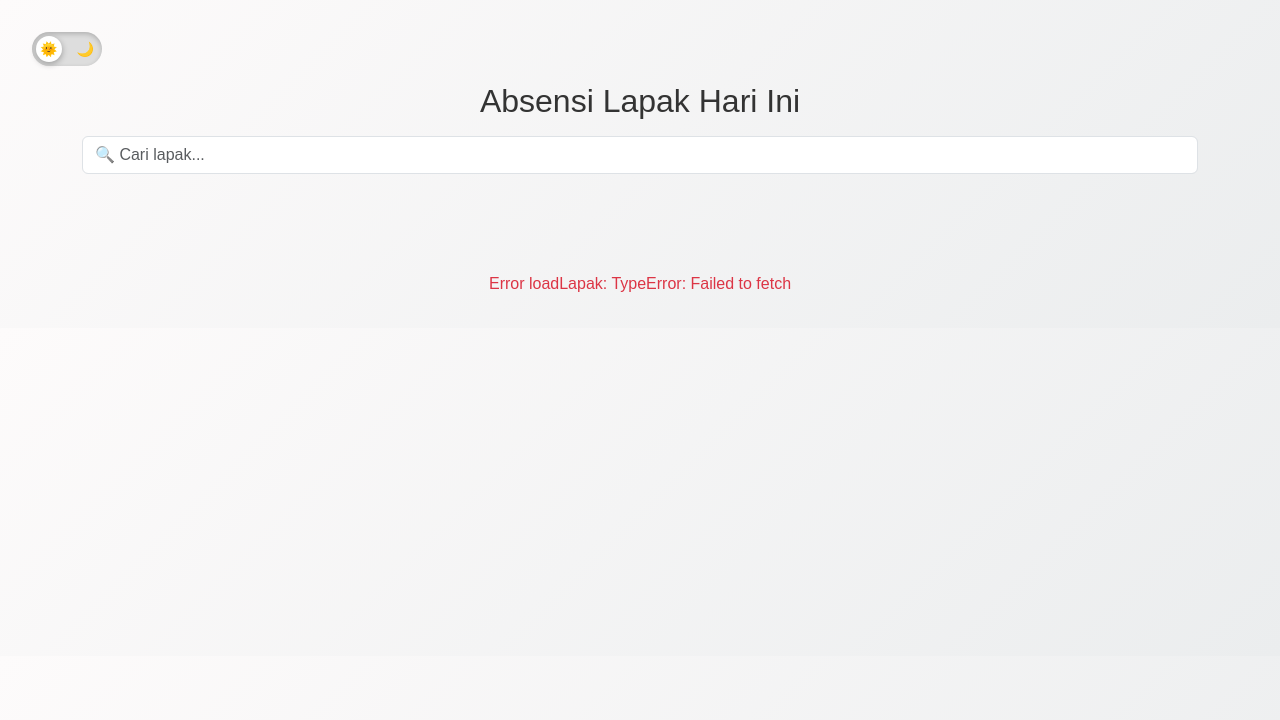
Repository: pasarrakyatbak/absensi
Page: index.html
An editor plug-in stored every save of this project. The page is shown before and after the next save, followed by the edit.
The browser window is 1280 px wide. The pictures show the whole page.
The page's requests for data from a server got no answer.

Above is the page before, as saved 2025-09-22 01:26:46.

### index.html
<!DOCTYPE html>
<html lang="id">

<head>
    <meta charset="UTF-8">
    <meta name="viewport" content="width=device-width, initial-scale=1.0">
    <title>Absensi Lapak</title>
    <link href="https://cdn.jsdelivr.net/npm/bootstrap@5.3.2/dist/css/bootstrap.min.css" rel="stylesheet">
    <link rel="stylesheet" href="style.css">
</head>

<body class="p-3">
    <!-- Toggle Dark Mode -->
    <div class="dark-toggle mb-3">
        <input type="checkbox" id="darkSwitch">
        <label for="darkSwitch" class="toggle-label">
            <span class="toggle-icon">🌞</span>
            <span class="toggle-ball"></span>
            <span class="toggle-icon">🌙</span>
        </label>
    </div>

    <div class="container">
        <!-- Judul & Search -->
        <h2 class="mb-3 text-center">Absensi Lapak Hari Ini</h2>
        <input type="text" id="searchInput" class="form-control mb-4" placeholder="🔍 Cari lapak...">

        <!-- Ringkasan -->
        <div id="lapakSummary" class="summary-cards mb-4"></div>

        <!-- Info Banner -->
        <div id="absensiInfoBanner" class="alert text-center mb-3"></div>

        <!-- Daftar Lapak -->
        <div id="lapakContainer" class="row"></div>
    </div>

    <!-- Modal Absensi -->
    <div id="absensiModal" class="modal-overlay">
        <div class="modal-content">
            <p id="absensiInfo"></p>
            <button class="btn btn-success" id="modalAbsenBtn">Absen Sekarang</button>
            <button class="btn btn-secondary" onclick="closeAbsensiModal()">Tutup</button>
        </div>
    </div>

    <!-- Loader -->
    <div id="absensiLoading" class="d-none">
        <div class="loader-content text-center">
            <div class="spinner-border text-light" role="status" style="width:3rem;height:3rem;"></div>
            <p id="absensiLoadingText" class="text-white mt-2">Sedang memproses...</p>
        </div>
    </div>

    <script src="script.js"></script>
</body>

</html>

### style.css
body {
    background: linear-gradient(135deg, #fdfbfb, #ebedee);
    font-family: 'Poppins', sans-serif;
    color: #333;
    transition: background 0.3s ease, color 0.3s ease;
    margin: 0;
    padding: 0;
}

body.dark {
    background: linear-gradient(135deg, #0f2027, #203a43, #2c5364);
    color: #f1f1f1;
}

/* ================= Card umum ================= */
.lapak-card {
    cursor: pointer;
    border-radius: 16px;
    padding: 1rem;
    backdrop-filter: blur(8px);
    transition: transform 0.25s ease, box-shadow 0.25s ease, background 0.3s ease, border 0.3s ease, color 0.3s ease;
    box-shadow: 0 4px 12px rgba(0, 0, 0, 0.08);
}

/* Hover effect */
.lapak-card:hover {
    transform: translateY(-6px);
    box-shadow: 0 10px 25px rgba(0, 0, 0, 0.2);
}

.lapak-card.disabled {
    pointer-events: none;
    opacity: 0.6;
}

/* Default teks dalam card */
.lapak-card .card-title,
.lapak-card .card-text,
.lapak-card .status-text {
    color: inherit;
    transition: color 0.3s ease;
}

/* ================= Modal ================= */
#absensiModal {
    display: none;
    position: fixed;
    top: 0;
    left: 0;
    width: 100%;
    height: 100%;
    background: rgba(0, 0, 0, 0.6);
    backdrop-filter: blur(6px);
    justify-content: center;
    align-items: center;
    z-index: 1050;
    padding: 1rem;
    box-sizing: border-box;
}

#absensiModal .modal-content {
    background: rgba(255, 255, 255, 0.9);
    padding: 1.5rem;
    border-radius: 16px;
    text-align: center;
    max-width: 400px;
    width: 100%;
    transition: background 0.3s ease, color 0.3s ease, transform 0.25s ease;
    box-shadow: 0 8px 24px rgba(0, 0, 0, 0.2);
}

#absensiModal .modal-content:hover {
    transform: scale(1.02);
}

body.dark #absensiModal .modal-content {
    background: rgba(30, 30, 30, 0.95);
    color: #f1f1f1;
}

/* ================= Loader ================= */
#absensiLoading {
    position: fixed;
    top: 0;
    left: 0;
    width: 100%;
    height: 100%;
    background: rgba(0, 0, 0, 0.7);
    justify-content: center;
    align-items: center;
    z-index: 2000;
    backdrop-filter: blur(6px);
}

/* ================= Sudah hadir ================= */
.lapak-card.hadir {
    background: rgba(212, 237, 218, 0.8);
    border: 1px solid #c3e6cb;
    color: #155724;
}

body.dark .lapak-card.hadir {
    background: rgba(45, 62, 51, 0.8);
    border: 1px solid #4caf50;
    color: #90ee90;
}

/* ================= Belum hadir ================= */
.lapak-card.belum {
    background: rgba(255, 255, 255, 0.85);
    border: 1px solid #ddd;
    color: #333;
}

body.dark .lapak-card.belum {
    background: rgba(30, 30, 30, 0.9);
    border: 1px solid #444;
    color: #f1f1f1;
}

/* ================= Toggle wrapper ================= */
.dark-toggle {
    display: flex;
    justify-content: flex-start;
    align-items: center;
    margin: 1rem;
}

/* Hidden checkbox */
.dark-toggle input {
    display: none;
}

/* Label sebagai saklar */
.toggle-label {
    background: #ddd;
    border-radius: 50px;
    cursor: pointer;
    display: flex;
    align-items: center;
    justify-content: space-between;
    width: 70px;
    height: 34px;
    position: relative;
    transition: background 0.3s ease;
    padding: 0 8px;
    font-size: 14px;
    box-shadow: inset 0 2px 5px rgba(0, 0, 0, 0.2);
}

/* Bulatan */
.toggle-ball {
    position: absolute;
    top: 4px;
    left: 4px;
    width: 26px;
    height: 26px;
    background: #fff;
    border-radius: 50%;
    transition: transform 0.3s ease, background 0.3s ease;
    box-shadow: 0 2px 6px rgba(0, 0, 0, 0.3);
}

/* Ikon matahari 🌞 dan bulan 🌙 */
.toggle-icon {
    z-index: 2;
}

/* Aktif (dark mode) */
.dark-toggle input:checked+.toggle-label {
    background: #444;
}

.dark-toggle input:checked+.toggle-label .toggle-ball {
    transform: translateX(36px);
    background: #90ee90;
}

/* ================= Summary Cards ================= */
.summary-cards {
    display: flex;
    gap: 1rem;
    flex-wrap: wrap;
    justify-content: center;
}

.summary-card {
    flex: 1 1 120px;
    min-width: 120px;
    padding: 1rem;
    border-radius: 12px;
    text-align: center;
    font-weight: 600;
    box-shadow: 0 4px 12px rgba(0, 0, 0, 0.08);
    transition: background 0.3s ease, color 0.3s ease;
}

.summary-card.total {
    background: #e3f2fd;
    color: #1565c0;
}

.summary-card.hadir {
    background: #d4edda;
    color: #155724;
}

.summary-card.belum {
    background: #f8d7da;
    color: #721c24;
}

.summary-card div {
    margin-top: 4px;
    font-weight: normal;
}

.summary-progress .progress {
    background: rgba(0, 0, 0, 0.1);
}

body.dark .summary-progress .progress {
    background: rgba(255, 255, 255, 0.1);
}

.progress-bar {
    font-size: 0.85rem;
    font-weight: 600;
    color: #fff;
    text-align: center;
}

/* Dark mode */
body.dark .summary-card.total {
    background: #1e3a5f;
    color: #90caf9;
}

body.dark .summary-card.hadir {
    background: #2d3e33;
    color: #90ee90;
}

body.dark .summary-card.belum {
    background: #5c2b2b;
    color: #f28b82;
}

/* ================= RESPONSIVE ================= */

/* HP kecil (≤576px) */
@media (max-width: 576px) {
    .lapak-card {
        font-size: 14px;
        padding: 0.8rem;
    }

    .lapak-card .card-title {
        font-size: 16px;
    }

    .lapak-card .card-text {
        font-size: 13px;
    }

    .lapak-card .status-text {
        font-size: 12px;
    }

    #absensiModal .modal-content {
        max-width: 95%;
        padding: 1rem;
    }

    .toggle-label {
        width: 60px;
        height: 30px;
        font-size: 12px;
    }

    .toggle-ball {
        width: 22px;
        height: 22px;
    }
}

/* Tablet (577px – 991px) */
@media (min-width: 577px) and (max-width: 991px) {
    .lapak-card {
        font-size: 15px;
        padding: 1rem;
    }

    .lapak-card .card-title {
        font-size: 18px;
    }

    .lapak-card .card-text {
        font-size: 14px;
    }

    .lapak-card .status-text {
        font-size: 13px;
    }

    #absensiModal .modal-content {
        max-width: 80%;
    }
}

/* Desktop (≥992px) */
@media (min-width: 992px) {
    .lapak-card {
        font-size: 16px;
        padding: 1.2rem;
    }

    .lapak-card .card-title {
        font-size: 20px;
    }

    .lapak-card .card-text {
        font-size: 15px;
    }

    .lapak-card .status-text {
        font-size: 14px;
    }

    #absensiModal .modal-content {
        max-width: 400px;
    }
}

/* ================= Responsive ================= */
@media (max-width: 768px) {
    .summary-cards {
        flex-direction: column;
        align-items: center;
    }

    .summary-card {
        width: 90%;
        max-width: none;
    }
}

### script.js
const API_URL = "https://script.google.com/macros/s/AKfycby4z2qZ24SrJkcyGpybH29lSUC_3_z1LG-7wSmTzpaOEXrwjXf0Cl3hqkg95qAxPj1-/exec";
const darkSwitch = document.getElementById("darkSwitch");
let lapakData = [];
let currentLapakId = null;

// =================== Loader ===================
function showAbsensiLoading(show, text = "Sedang menyimpan data...") {
    const loader = document.getElementById("absensiLoading");
    const loadingText = document.getElementById("absensiLoadingText");
    if (!loader || !loadingText) return;

    if (show) {
        loader.classList.remove("d-none");
        loader.classList.add("d-flex");
    } else {
        loader.classList.remove("d-flex");
        loader.classList.add("d-none");
    }
    loadingText.textContent = text;
}

// =================== Load semua lapak ===================
async function loadLapak() {
    showAbsensiLoading(true, "Sedang memuat data lapak...");

    try {
        const res = await fetch(API_URL + "?action=listLapak");
        const json = await res.json();

        if (!json.success) {
            document.getElementById("lapakContainer").innerHTML =
                `<p class="text-center text-danger">Gagal load data: ${json.message}</p>`;
            showAbsensiLoading(false);
            return;
        }

        // ✅ pakai noLapak & statusAbsensi dari server
        lapakData = json.data.map(lapak => ({
            noLapak: lapak.noLapak || "-",
            nama: lapak.nama || "Tanpa Nama",
            statusAbsensi: lapak.statusAbsensi || "❌ Belum"
        }));

        renderLapak(lapakData);
        updateSummary();
        updateAbsensiInfo();
        showAbsensiLoading(false);

    } catch (err) {
        document.getElementById("lapakContainer").innerHTML =
            `<p class="text-center text-danger">Error loadLapak: ${err}</p>`;
        showAbsensiLoading(false);
    }
}

// =================== Render lapak ===================
function renderLapak(data) {
    const container = document.getElementById("lapakContainer");
    container.innerHTML = "";

    if (data.length === 0) {
        container.innerHTML = `<p class="text-center">Tidak ada data lapak.</p>`;
        return;
    }

    data.forEach(lapak => {
        const noLapak = lapak.no || "-";
        const namaLapak = lapak.nama || "Tanpa Nama";
        const statusAbsensi = lapak.statusAbsensi || "❌ Belum"; // default
        const statusHadir = statusAbsensi.includes("✅");

        const card = document.createElement("div");
        card.className = "col-md-4 col-sm-6 mb-3";
        card.innerHTML = `
        <div class="card lapak-card shadow-sm ${statusHadir ? 'hadir' : 'belum'} ${statusHadir ? 'disabled' : ''}"
             data-no-lapak="${noLapak}" data-nama-lapak="${namaLapak}">
            <div class="card-body text-center">
                <h5 class="card-title">Lapak ${noLapak}</h5>
                <p class="card-text">${namaLapak}</p>
                <p class="status-text ${statusHadir ? 'text-success' : 'text-danger'}">
                    ${statusAbsensi}
                </p>
            </div>
        </div>
    `;

        const cardEl = card.querySelector(".lapak-card");

        if (!statusHadir && cardEl) {
            // absensi aktif setiap hari
            cardEl.addEventListener("click", () => openAbsensiModal(noLapak, namaLapak));
            cardEl.addEventListener("dblclick", () => absenLapak(noLapak));
        }

        container.appendChild(card);
    });

}

// =================== Absen ke server ===================
async function absenLapak(noLapak) {
    showAbsensiLoading(true, "Menyimpan absensi...");

    const card = document.querySelector(`.lapak-card[data-no-lapak="${noLapak}"]`);
    if (!card) {
        showAbsensiLoading(false);
        return;
    }
    const statusText = card.querySelector(".status-text");

    const oldText = statusText.textContent;
    const oldClass = statusText.className;

    // update UI sementara
    statusText.textContent = "✅ Hadir";
    statusText.classList.remove("text-danger");
    statusText.classList.add("text-success");
    card.classList.add("disabled");

    try {
        const res = await fetch(API_URL, {
            method: "POST",
            headers: { "Content-Type": "application/x-www-form-urlencoded" },
            body: new URLSearchParams({
                action: "absen",
                noLapak,
                password: "panitia123"
            })
        });
        const json = await res.json();

        if (!json.success) {
            // rollback kalau gagal
            statusText.textContent = oldText;
            statusText.className = oldClass;
            card.classList.remove("disabled");
            alert(json.message || "❌ Gagal menyimpan absensi.");
        } else {
            const lapakIndex = lapakData.findIndex(l => String(l.noLapak) === String(noLapak));
            if (lapakIndex > -1) {
                lapakData[lapakIndex].statusAbsensi = "✅ Hadir";
                renderLapak(lapakData);
                updateSummary();
                updateAbsensiInfo();
            }
        }
    } catch (err) {
        statusText.textContent = oldText;
        statusText.className = oldClass;
        card.classList.remove("disabled");
        alert("❌ Gagal menyimpan absensi.");
    }

    showAbsensiLoading(false);
}

// =================== Dark mode switch ===================
if (localStorage.getItem("darkMode") === "true") {
    document.body.classList.add("dark");
    darkSwitch.checked = true;
}

darkSwitch.addEventListener("change", () => {
    if (darkSwitch.checked) {
        document.body.classList.add("dark");
        localStorage.setItem("darkMode", "true");
    } else {
        document.body.classList.remove("dark");
        localStorage.setItem("darkMode", "false");
    }
});

// =================== Banner Info Absensi ===================
function updateAbsensiInfo() {
    const banner = document.getElementById("absensiInfoBanner");
    if (!banner) return;

    const totalLapak = lapakData.length;
    const totalHadir = lapakData.filter(l => (l.statusAbsensi || "").includes("✅")).length;

    if (totalLapak > 0 && totalLapak === totalHadir) {
        banner.style.display = "none";
        return;
    }

    banner.style.display = "block";
    banner.className = "alert alert-info text-center mb-3";
    banner.textContent = "ℹ️ Absensi bisa dilakukan setiap hari.";
}

// =================== Summary ===================
function updateSummary() {
    const total = lapakData.length;
    const totalHadir = lapakData.filter(l => (l.statusAbsensi || "").includes("✅")).length;
    const totalBelum = total - totalHadir;
    const persenHadir = total > 0 ? Math.round((totalHadir / total) * 100) : 0;
    const persenBelum = 100 - persenHadir;

    const summaryEl = document.getElementById("lapakSummary");
    if (!summaryEl) return;

    summaryEl.innerHTML = `
        <div class="summary-card total">
            <div class="label">Total Lapak</div>
            <div class="value">${total}</div>
        </div>
        <div class="summary-card hadir">
            <div class="label">✅ Hadir</div>
            <div class="value">${totalHadir}</div>
            <div class="extra">(${persenHadir}%)</div>
        </div>
        <div class="summary-card belum">
            <div class="label">❌ Belum</div>
            <div class="value">${totalBelum}</div>
            <div class="extra">(${persenBelum}%)</div>
        </div>
    `;

    const progressContainer = document.createElement("div");
    progressContainer.className = "summary-progress mt-3";
    progressContainer.innerHTML = `
        <div class="progress" style="height: 20px; border-radius: 10px; overflow: hidden;">
            <div class="progress-bar bg-success" role="progressbar"
                style="width: ${persenHadir}%"
                aria-valuenow="${persenHadir}" aria-valuemin="0" aria-valuemax="100">
                ${persenHadir > 15 ? persenHadir + "%" : ""}
            </div>
            <div class="progress-bar bg-danger" role="progressbar"
                style="width: ${persenBelum}%"
                aria-valuenow="${persenBelum}" aria-valuemin="0" aria-valuemax="100">
                ${persenBelum > 15 ? persenBelum + "%" : ""}
            </div>
        </div>
    `;
    summaryEl.appendChild(progressContainer);
}

// =================== Load pertama kali ===================
loadLapak();

After the next save:
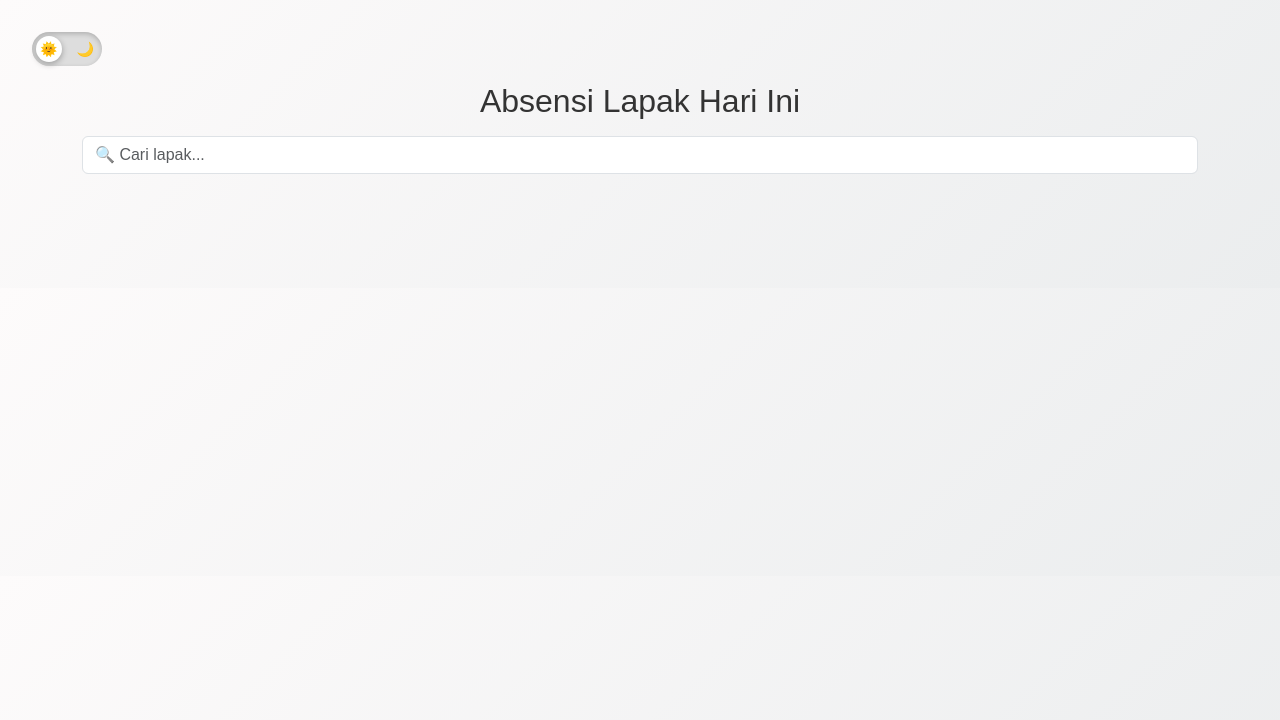
Console error: SyntaxError: missing ) after argument list
Saved 52 s later.
--- a/script.js
+++ b/script.js
@@ -63,37 +63,25 @@
         return;
     }
 
-    data.forEach(lapak => {
-        const noLapak = lapak.no || "-";
-        const namaLapak = lapak.nama || "Tanpa Nama";
-        const statusAbsensi = lapak.statusAbsensi || "❌ Belum"; // default
-        const statusHadir = statusAbsensi.includes("✅");
+  data.forEach(lapak => {
+        const statusHadir = (lapak.statusAbsensi || "").includes("✅");
 
         const card = document.createElement("div");
         card.className = "col-md-4 col-sm-6 mb-3";
         card.innerHTML = `
-        <div class="card lapak-card shadow-sm ${statusHadir ? 'hadir' : 'belum'} ${statusHadir ? 'disabled' : ''}"
-             data-no-lapak="${noLapak}" data-nama-lapak="${namaLapak}">
-            <div class="card-body text-center">
-                <h5 class="card-title">Lapak ${noLapak}</h5>
-                <p class="card-text">${namaLapak}</p>
-                <p class="status-text ${statusHadir ? 'text-success' : 'text-danger'}">
-                    ${statusAbsensi}
-                </p>
+            <div class="card lapak-card shadow-sm ${statusHadir ? 'hadir' : 'belum'} ${statusHadir ? 'disabled' : ''}"
+                 data-no-lapak="${lapak.noLapak}" data-nama-lapak="${lapak.nama}">
+                <div class="card-body text-center">
+                    <h5 class="card-title">Lapak ${lapak.noLapak}</h5>
+                    <p class="card-text">${lapak.nama}</p>
+                    <p class="status-text ${statusHadir ? 'text-success' : 'text-danger'}">
+                        ${statusHadir ? "✅ Hadir" : "❌ Belum"}
+                    </p>
+                </div>
             </div>
-        </div>
-    `;
+        `;
 
         const cardEl = card.querySelector(".lapak-card");
-
-        if (!statusHadir && cardEl) {
-            // absensi aktif setiap hari
-            cardEl.addEventListener("click", () => openAbsensiModal(noLapak, namaLapak));
-            cardEl.addEventListener("dblclick", () => absenLapak(noLapak));
-        }
-
-        container.appendChild(card);
-    });
 
 }
 

After the 2 saves that followed:
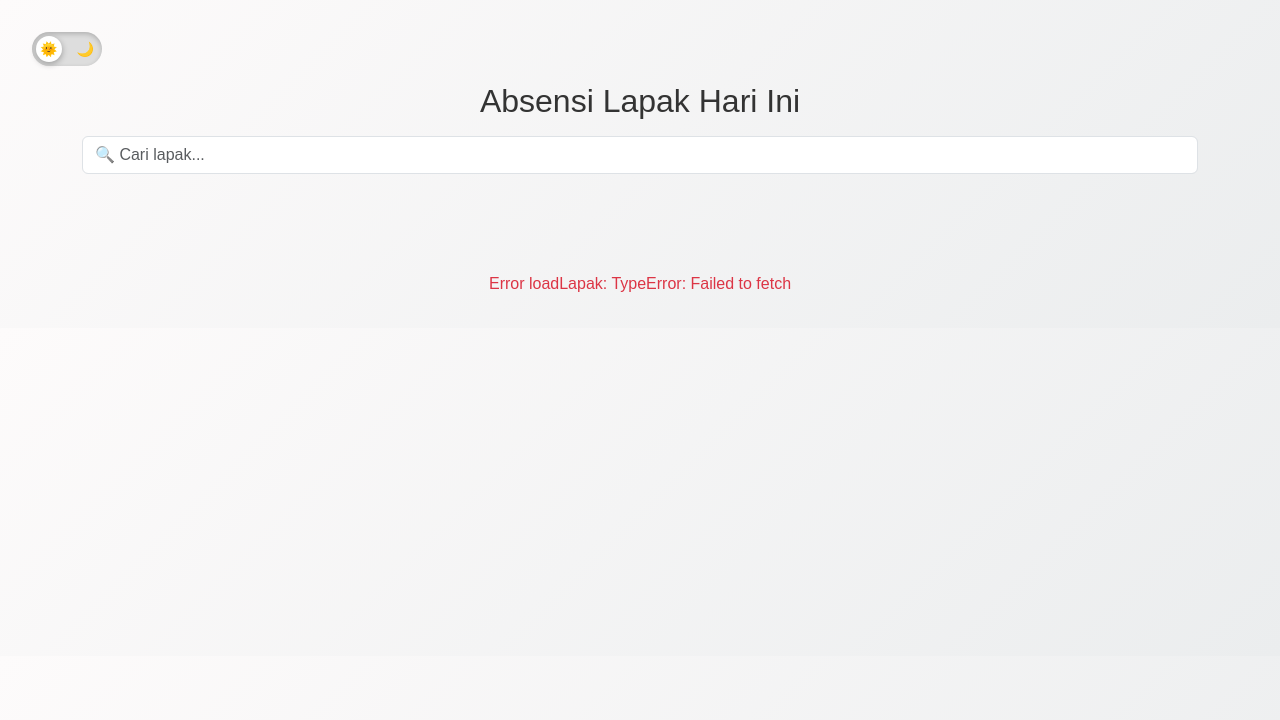
The error is gone.
The 2 saves are shown as one change because 1 left the picture as it was.
The last was saved 23 s later.
--- a/script.js
+++ b/script.js
@@ -63,25 +63,37 @@
         return;
     }
 
-  data.forEach(lapak => {
-        const statusHadir = (lapak.statusAbsensi || "").includes("✅");
-
-        const card = document.createElement("div");
-        card.className = "col-md-4 col-sm-6 mb-3";
-        card.innerHTML = `
-            <div class="card lapak-card shadow-sm ${statusHadir ? 'hadir' : 'belum'} ${statusHadir ? 'disabled' : ''}"
-                 data-no-lapak="${lapak.noLapak}" data-nama-lapak="${lapak.nama}">
-                <div class="card-body text-center">
-                    <h5 class="card-title">Lapak ${lapak.noLapak}</h5>
-                    <p class="card-text">${lapak.nama}</p>
-                    <p class="status-text ${statusHadir ? 'text-success' : 'text-danger'}">
-                        ${statusHadir ? "✅ Hadir" : "❌ Belum"}
-                    </p>
-                </div>
+   data.forEach(lapak => {
+    const noLapak = lapak.no || "-";
+    const namaLapak = lapak.nama || "Tanpa Nama";
+    const statusAbsensi = lapak.statusAbsensi || "❌ Belum"; // default
+    const statusHadir = statusAbsensi.includes("✅");
+
+    const card = document.createElement("div");
+    card.className = "col-md-4 col-sm-6 mb-3";
+    card.innerHTML = `
+        <div class="card lapak-card shadow-sm ${statusHadir ? 'hadir' : 'belum'} ${statusHadir ? 'disabled' : ''}"
+             data-no-lapak="${noLapak}" data-nama-lapak="${namaLapak}">
+            <div class="card-body text-center">
+                <h5 class="card-title">Lapak ${noLapak}</h5>
+                <p class="card-text">${namaLapak}</p>
+                <p class="status-text ${statusHadir ? 'text-success' : 'text-danger'}">
+                    ${statusAbsensi}
+                </p>
             </div>
-        `;
-
-        const cardEl = card.querySelector(".lapak-card");
+        </div>
+    `;
+
+    const cardEl = card.querySelector(".lapak-card");
+
+    if (!statusHadir && cardEl) {
+        // absensi aktif setiap hari
+        cardEl.addEventListener("click", () => openAbsensiModal(noLapak, namaLapak));
+        cardEl.addEventListener("dblclick", () => absenLapak(noLapak));
+    }
+
+    container.appendChild(card);
+});
 
 }
 
